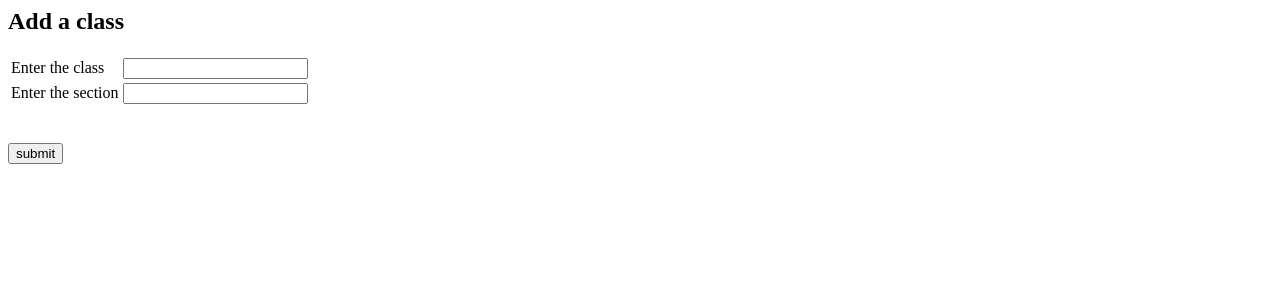
Repository: anithagnana123/Simplilearn_Phase2_project
Page: http://localhost/phase2-project/addclass
These files come from the project's save history. The page is drawn as it stood at one moment and after the next save; the edit follows.
The browser window is 1280 px wide. The pictures show the whole page.
The page is served by Tomcat 9. Other server files are loaded and not shown.

Above is the page before, as saved 2022-10-23 15:35:00.

### phase2-project/src/main/java/com/simplilearn/workshop/AddClassInfoServlet.java
package com.simplilearn.workshop;

import java.io.IOException;
import java.io.PrintWriter;

import javax.servlet.ServletException;
import javax.servlet.annotation.WebServlet;
import javax.servlet.http.HttpServlet;
import javax.servlet.http.HttpServletRequest;
import javax.servlet.http.HttpServletResponse;

/**
 * Servlet implementation class AddClassInfo
 */
@WebServlet("/addclass")
public class AddClassInfoServlet extends HttpServlet {
	private static final long serialVersionUID = 1L;

	protected void doGet(HttpServletRequest request, HttpServletResponse response) throws ServletException, IOException {

        response.setContentType("text/html");

		PrintWriter out = response.getWriter();

		    out.println("<form action='test' method='get'>");
			out.println("<h2>Add a class</h2>");
			out.println("<table>");
			out.println("<tr>");
			out.println("<td>Enter the class</td>");
			out.println("<td> <input type='text' name='standard'> </td>");
			out.println("</tr>");
			out.println("<tr>");
			out.println("<td>Enter the section</td>");
			out.println("<td> <input type='text' name='class_sec'> </td>");
			out.println("</tr>");
			out.println("</table>");
			out.println("<br> <br> <input type='submit' value='submit'/>");
			out.println("<input type='hidden' name='operation' value='addclass'/>");
		    out.println("</form>");


	}


}

After the next save:
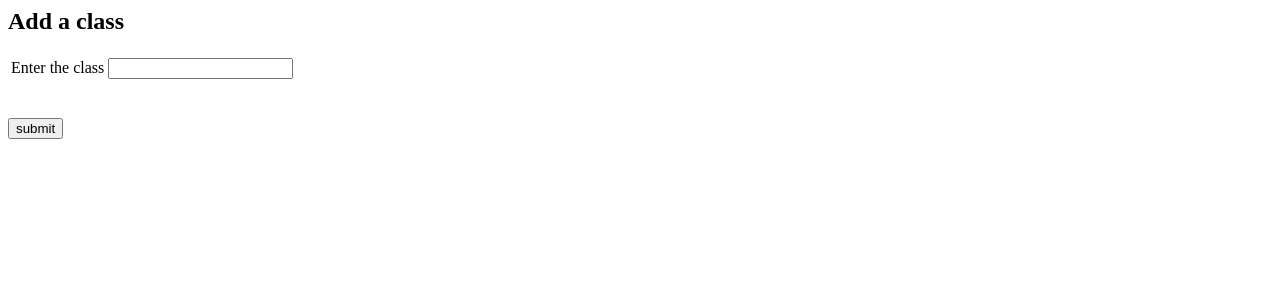
Saved 77 s later.
--- a/phase2-project/src/main/java/com/simplilearn/workshop/AddClassInfoServlet.java
+++ b/phase2-project/src/main/java/com/simplilearn/workshop/AddClassInfoServlet.java
@@ -29,10 +29,6 @@ public class AddClassInfoServlet extends HttpServlet {
 			out.println("<td>Enter the class</td>");
 			out.println("<td> <input type='text' name='standard'> </td>");
 			out.println("</tr>");
-			out.println("<tr>");
-			out.println("<td>Enter the section</td>");
-			out.println("<td> <input type='text' name='class_sec'> </td>");
-			out.println("</tr>");
 			out.println("</table>");
 			out.println("<br> <br> <input type='submit' value='submit'/>");
 			out.println("<input type='hidden' name='operation' value='addclass'/>");
